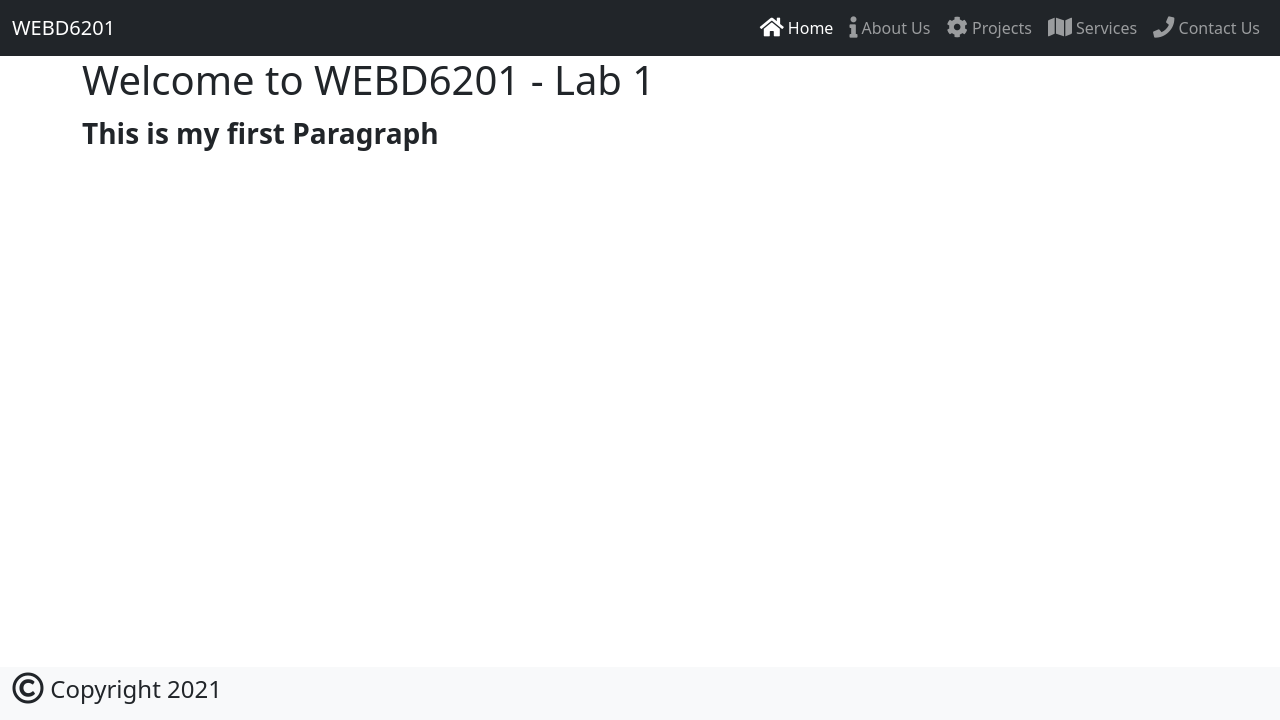
Repository: ErikHayward/WEBD6201-W2021-ICE1b
Page: index.html
An editor plug-in stored every save of this project. The page is shown before and after the next save, followed by the edit.
The browser window is 1280 px wide. The pictures show the whole page.

Above is the page before, as saved 2021-01-23 05:29:37.

After the next save:
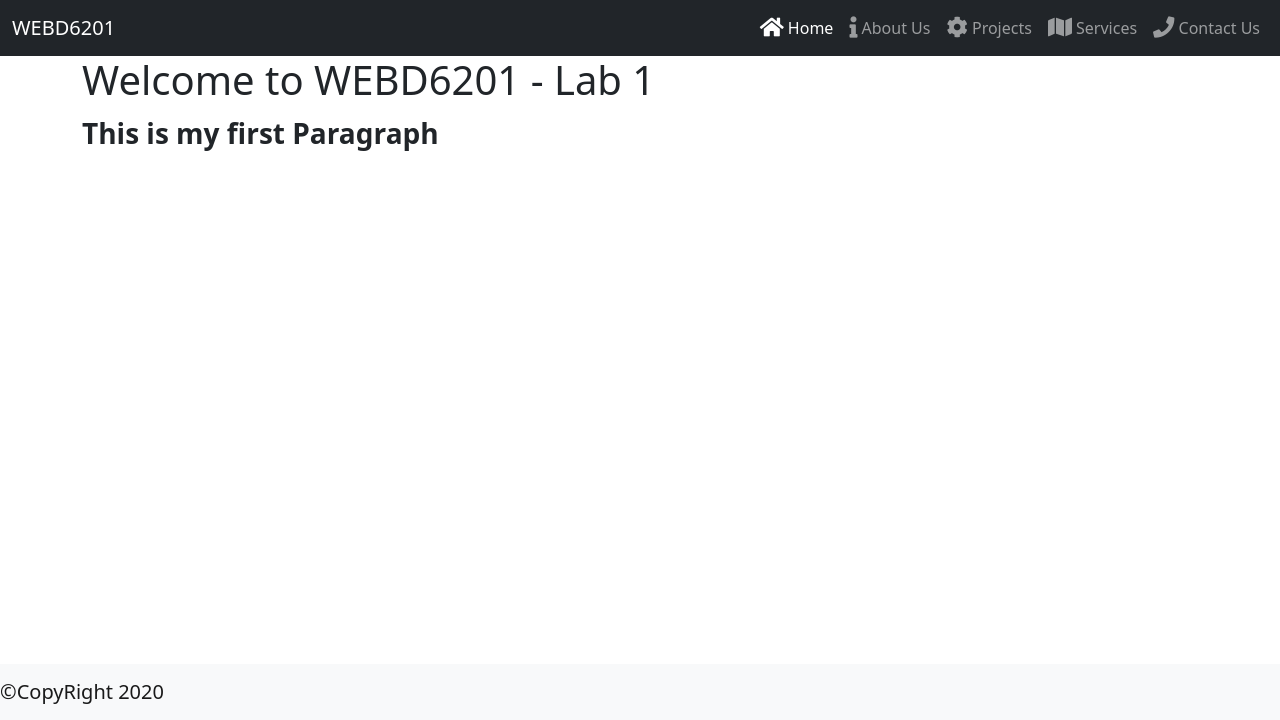
Saved 4 h 10 min later.
--- a/Scripts/app.js
+++ b/Scripts/app.js
@@ -8,6 +8,16 @@
 
 (function()
 {
+
+  // navbar for lab 1
+  let bottomNavbar = document.createElement("nav");
+  bottomNavbar.setAttribute("class", "navbar fixed-bottom navbar-light bg-light");
+  let navbarTagA = document.createElement("a");
+  navbarTagA.setAttribute("class","navbar-brand");
+  navbarTagA.setAttribute("href","#");
+  navbarTagA.textContent="\u00A9CopyRight 2020";
+  bottomNavbar.appendChild(navbarTagA);
+  document.getElementsByTagName("body")[0].appendChild(bottomNavbar);
     function displayHome()
     {
         let paragraphOneText =

After the save that followed:
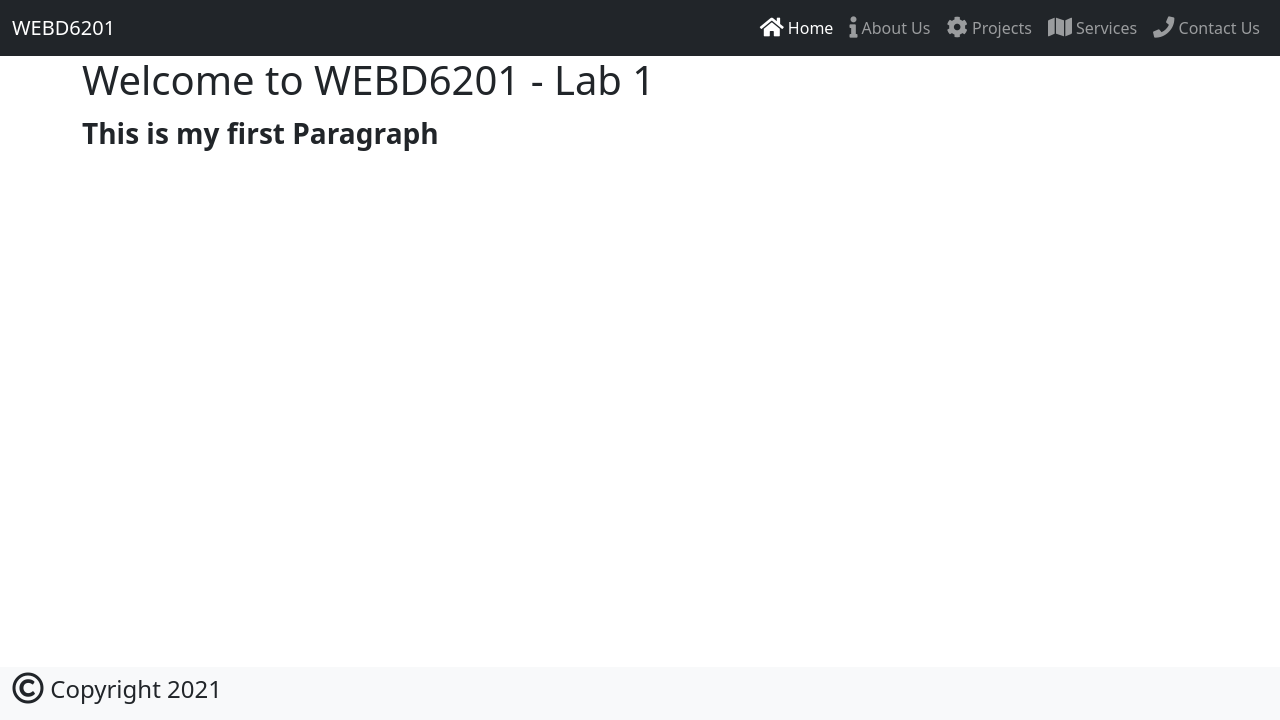
Saved 14 min 52 s later.
--- a/Scripts/app.js
+++ b/Scripts/app.js
@@ -10,14 +10,26 @@
 {
 
   // navbar for lab 1
-  let bottomNavbar = document.createElement("nav");
-  bottomNavbar.setAttribute("class", "navbar fixed-bottom navbar-light bg-light");
-  let navbarTagA = document.createElement("a");
-  navbarTagA.setAttribute("class","navbar-brand");
-  navbarTagA.setAttribute("href","#");
-  navbarTagA.textContent="\u00A9CopyRight 2020";
-  bottomNavbar.appendChild(navbarTagA);
-  document.getElementsByTagName("body")[0].appendChild(bottomNavbar);
+  // let bottomNavbar = document.createElement("nav");
+  // bottomNavbar.setAttribute("class", "navbar fixed-bottom navbar-light bg-light");
+  // let navbarTagA = document.createElement("a");
+  // navbarTagA.setAttribute("class","navbar-brand");
+  // navbarTagA.setAttribute("href","#");
+  // navbarTagA.textContent="\u00A9CopyRight 2020";
+  // bottomNavbar.appendChild(navbarTagA);
+  // document.getElementsByTagName("body")[0].appendChild(bottomNavbar);
+
+          // SECOND METHOD TO ADD HUMAN RESOURCES
+        /*let list = document.createElement("li");
+        let anchor = document.createElement("a");
+        list.setAttribute("class", "nav-item");
+        anchor.setAttribute("class", "nav-link");
+        anchor.setAttribute("href", "#");
+        anchor.innerHTML = `<i class = "fas fa-user-tie"></i> Human Resources`;
+
+        list.appendChild(anchor);
+        let navbar = document.getElementsByClassName("nav-item")[3];
+        navbar.after(list); */
     function displayHome()
     {
         let paragraphOneText =
